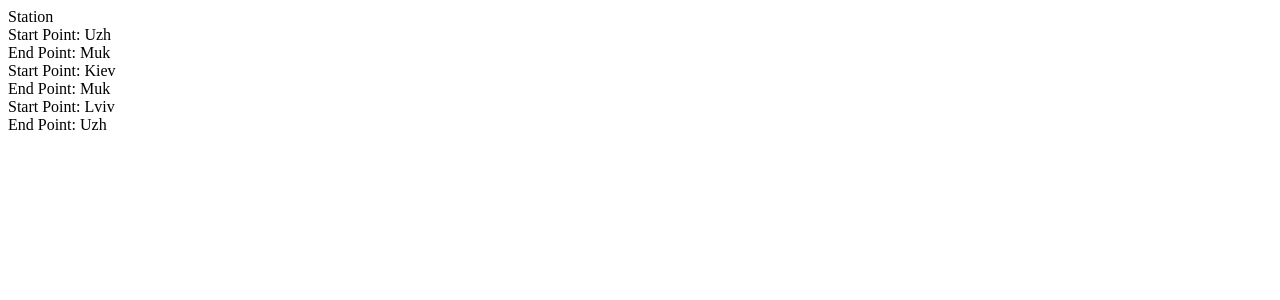
Repository: rutsguifd/mkr2
Page: /#/station-form
An editor plug-in stored every save of this project. The page is shown before and after the next save, followed by the edit.
The browser window is 1280 px wide. The pictures show the whole page.
The project was rebuilt for these pictures with package versions that can differ from the ones it lists, and the page was loaded fresh each time. Also part of the build but not shown: src/views/Home.vue, src/views/About.vue.

Above is the page before, as saved 2021-12-21 19:47:15.

After the next save:
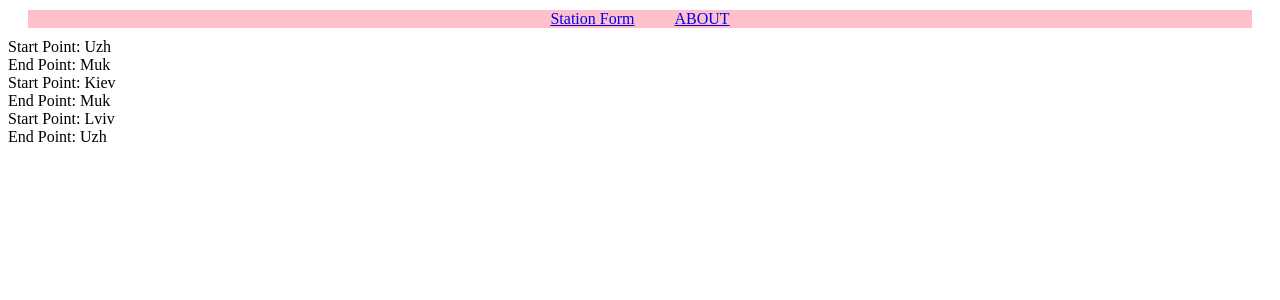
Saved 54 s later.
--- a/src/views/StationForm.vue
+++ b/src/views/StationForm.vue
@@ -1,17 +1,19 @@
 <template>
     <div>
-        Station
+        <Header />
         <trip-card v-for="(trip, ind) in AllTrips" :key="ind" :trip="trip"/>
     </div>
 </template>
 
 <script>
 import {mapGetters} from 'vuex'
+import Header from '../components/Header.vue'
 import TripCard from "../components/TripCard.vue"
     export default {
         name: "StationForm",
         components: {
-            TripCard
+            TripCard,
+            Header
         },
         computed: mapGetters(['AllTrips'])
     }
